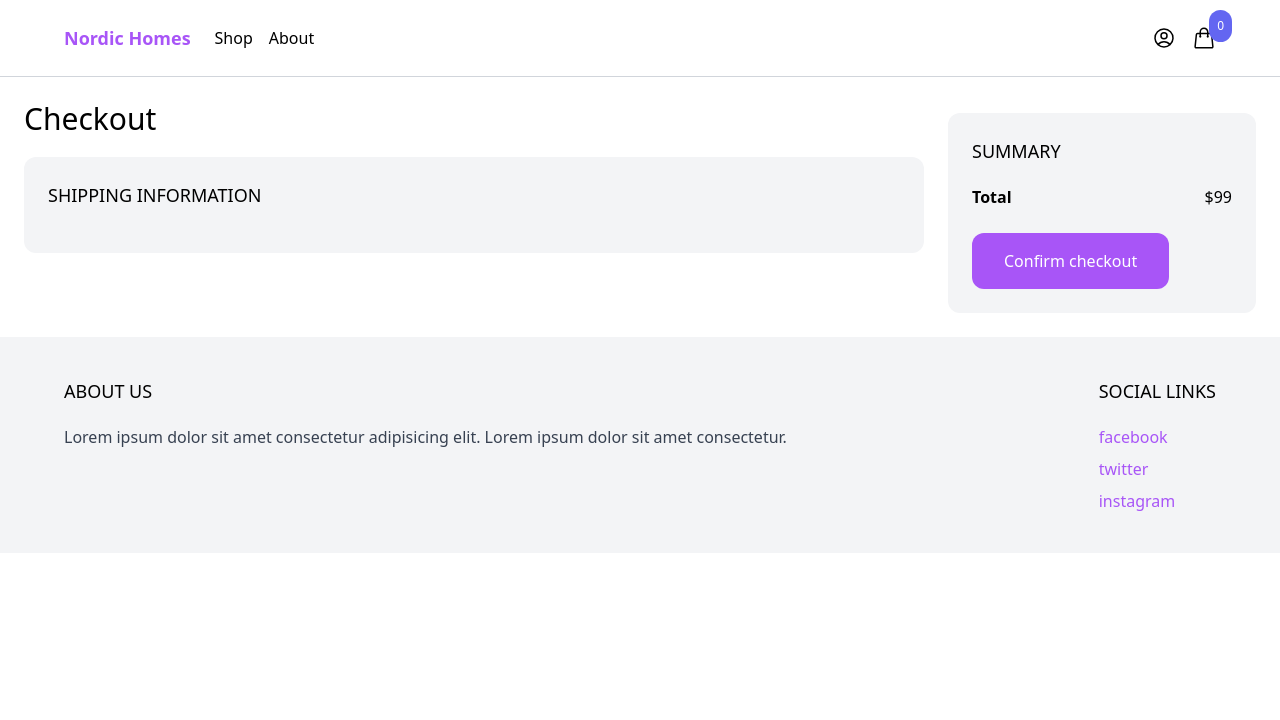
Repository: Calin224/NordicHomes
Page: cart/templates/cart/checkout.html
The author's editor kept a copy of each file at every save. The page is drawn from the files as they stood at one save, then again after the next save.
The browser window is 1280 px wide. The pictures show the whole page.
Some web libraries are served in a nearby version. The template is drawn by Django 4.2. The application's start-up code is not run. The template is opened directly, without the code that normally fills it, so the values that code supplies are empty.

Above is the page before, as saved 2023-02-16 21:03:54.

After the next save:
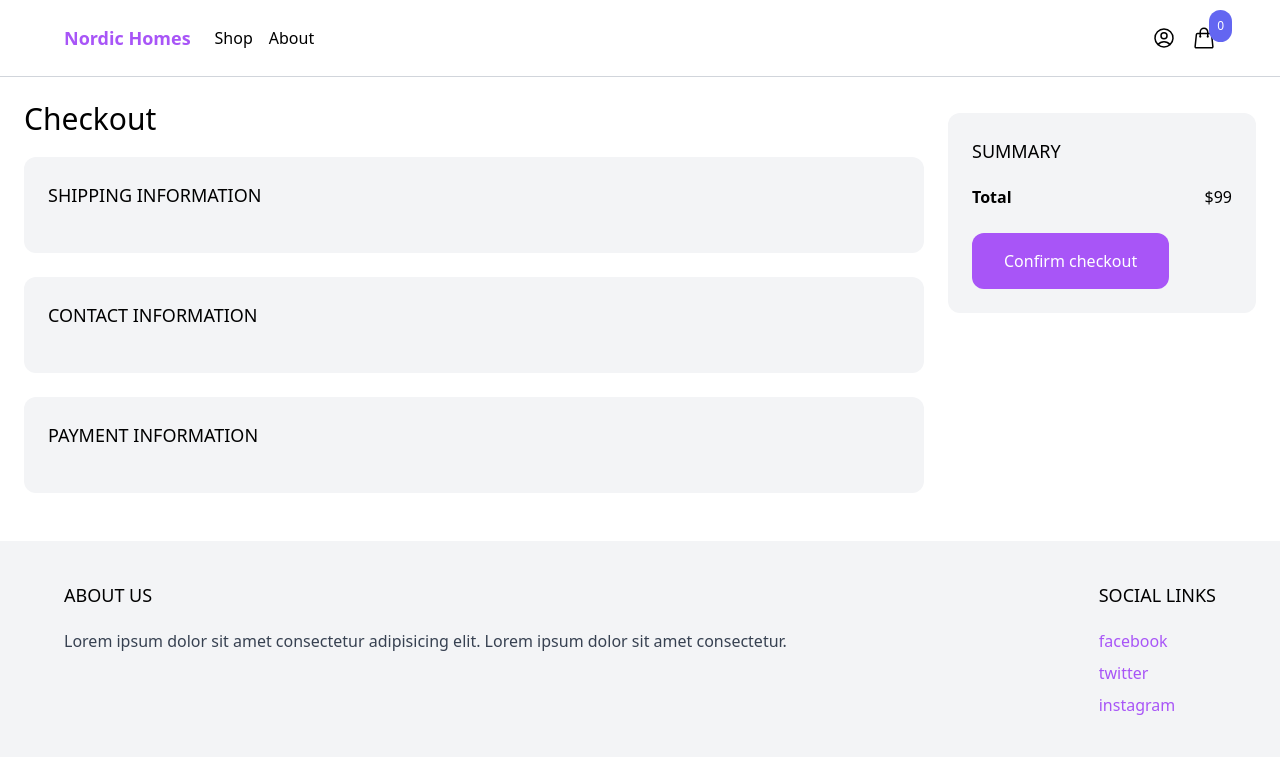
Saved 21 s later.
--- a/cart/templates/cart/checkout.html
+++ b/cart/templates/cart/checkout.html
@@ -9,6 +9,14 @@
         <div class="w-full pr-6">
             <div class="mb-6 p-6 bg-gray-100 rounded-xl">
                 <h2 class="mb-5 uppercase text-lg">Shipping information</h2>
+            </div>
+
+            <div class="mb-6 p-6 bg-gray-100 rounded-xl">
+                <h2 class="mb-5 uppercase text-lg">Contact information</h2>
+            </div>
+
+            <div class="mb-6 p-6 bg-gray-100 rounded-xl">
+                <h2 class="mb-5 uppercase text-lg">Payment information</h2>
             </div>
         </div>
     </div>
